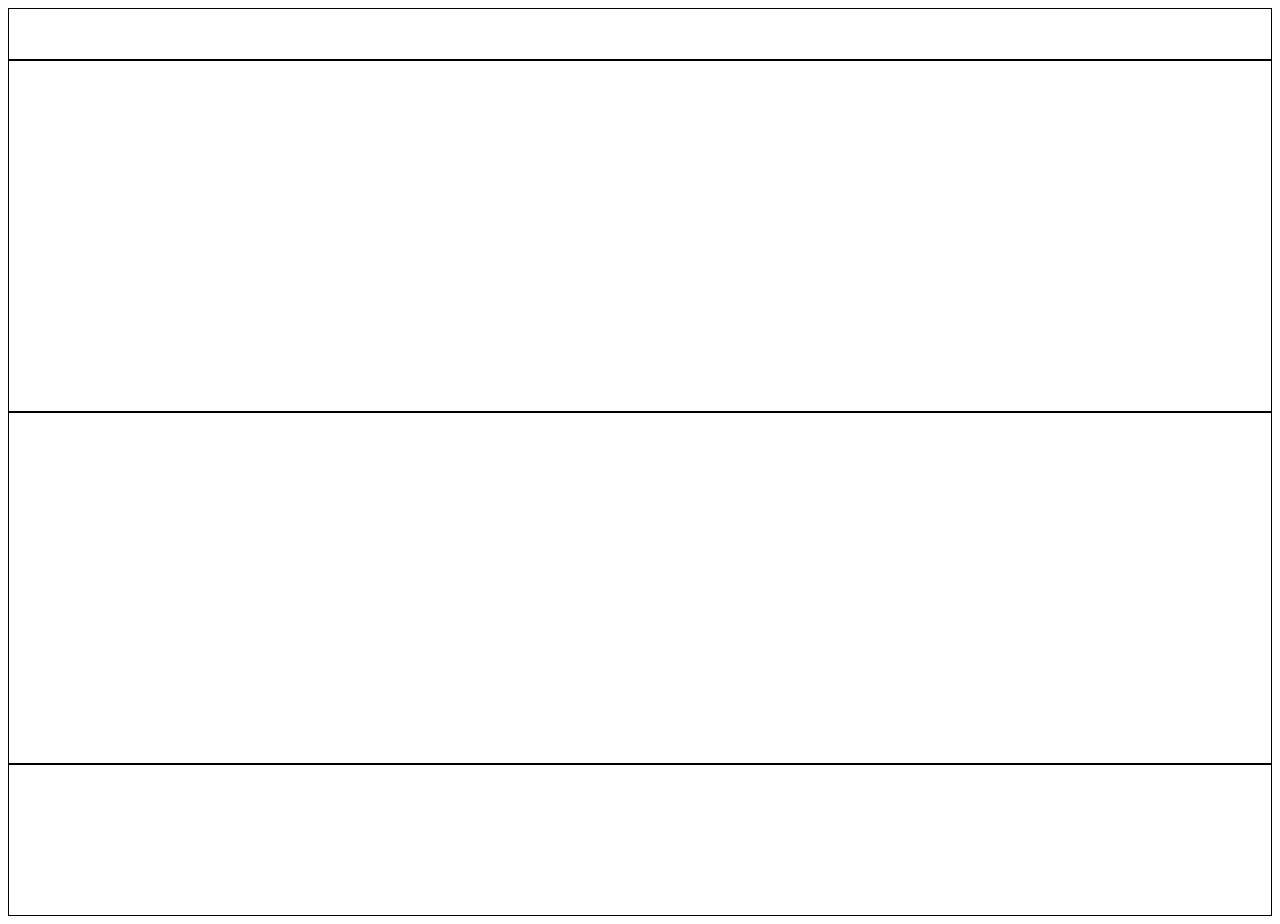
Repository: AishwaryaPandey987/PGLife
Page: home.html
An editor plug-in stored every save of this project. The page is shown before and after the next save, followed by the edit.
The browser window is 1280 px wide. The pictures show the whole page.

Above is the page before, as saved 2022-10-29 11:06:33.

### home.html
<!DOCTYPE html>
  <html>
    <head>
        <title>CSS Page</title>
         <link rel="stylesheet" href="css/style.css" />
    </head>
    <body>
    <div class="container">
      <div class="navbar"></div>
      <div class="img"></div>
      <div class="scroll"></div>
      <div class="footer"></div>
    </div>


    </body>
  </html>

### css/style.css
.navbar{
  height: 50px;
  border: 1px solid black;
}
.img{
  height: 350px;
  border: 1px solid black;
}
.scroll{
  height: 350px;
  border: 1px solid black;
}
.footer{
  height: 150px;
  border: 1px solid black;
}

Loaded but not shown: bootstrap.min.css (library)

After the next save:
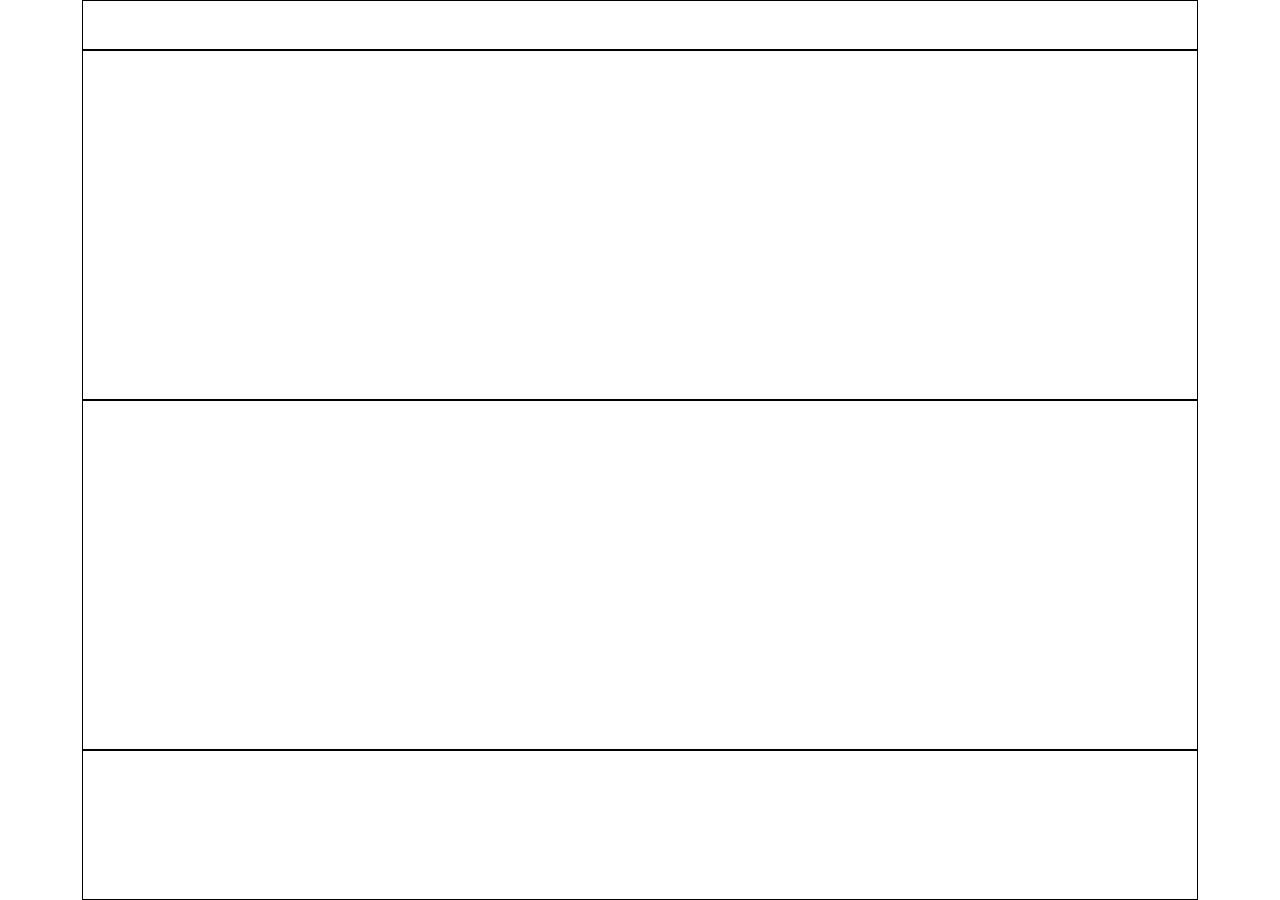
Saved 8 h 31 min later.
--- a/home.html
+++ b/home.html
@@ -1,7 +1,10 @@
 <!DOCTYPE html>
   <html>
     <head>
-        <title>CSS Page</title>
+        <title>PGLife</title>
+        <meta name="viewport" content="width=device-width, initial-scale=1">
+        <link rel="stylesheet" href="bootstrap.min.css" type="text/css" />
+        <link rel="stylesheet" href="style.css" type="text/css" />
          <link rel="stylesheet" href="css/style.css" />
     </head>
     <body>
